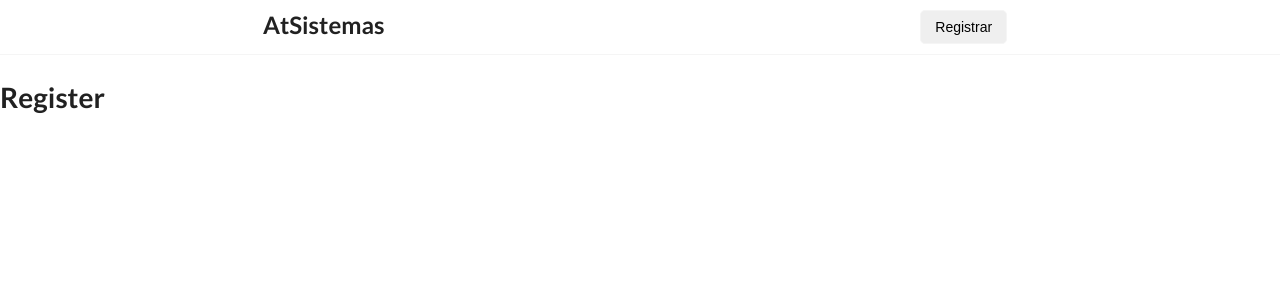
Repository: banchiec/atsistemas
Page: /site/register-site
The author's editor kept a copy of each file at every save. The page is drawn from the files as they stood at one save, then again after the next save.
The browser window is 1280 px wide. The pictures show the whole page.
The project was rebuilt for these pictures with package versions that can differ from the ones it lists, and the page was loaded fresh each time. Also part of the build but not shown: src/components/SiteCard/SiteCard.js, src/redux/actions/sitesActions.js, src/screens/SiteScreen/SiteScreen.js, src/screens/SiteDetailsScreen/SiteDetailsScreen.js.

Above is the page before, as saved 2022-08-16 13:53:20.

### src/index.js
import React from "react";
import ReactDOM from "react-dom";
import App from "./App";
import store from "./redux/store";
import { Provider } from "react-redux";

ReactDOM.render(
  <React.StrictMode>
    <Provider store={store}>
      <App />
    </Provider>
  </React.StrictMode>,
  document.getElementById("root")
);

### src/App.js
import React from "react";
import { BrowserRouter as Router, Switch, Route } from "react-router-dom";
import SiteScreen from "./screens/SiteScreen/SiteScreen";
import SiteDetailsScreen from './screens/SiteDetailsScreen/SiteDetailsScreen'
import Header from "./components/Header/Header";
import "./App.css";
import RegisterSiteScreen from "./screens/RegisterSiteScreen/RegisterSiteScreen";

function App() {
  return (
    <div className="App">
      <Header/>
      <Router>
        <Switch>
          <Route path="/" exact component={SiteScreen} />
          <Route path="/site/register-site" exact component={RegisterSiteScreen} />
          <Route path="/site/:siteId" exact component={SiteDetailsScreen} />
          <Route>404 Not Found!</Route>
        </Switch>
      </Router>
    </div>
  );
}

export default App;

### src/components/Header/Header.js
import {ContainerHeader} from './headerStyled'

const Header = () => {
  function handleClick(){
    console.log("Object");
  }
	return(
    <ContainerHeader>
      <div>
        <h2>AtSistemas</h2>
      </div>
      <div>
        <button onClick={handleClick}>Registrar</button>
      </div>
    </ContainerHeader>
	)
}
export default Header

### src/App.css
* {
  font-family: "Roboto", sans-serif;
  padding: 0;
  margin: 0;
}

.ui.cards > .card > .image {
  height: 250px;
  padding: 20px;
  background: #fff;
  margin: auto;
}
.ui.cards > .card > .image > img {
  height: 100%;
  max-width: 100%;
  width: auto;
}
.ui.cards > .card > .content > .header {
  height: 48px;
  overflow: hidden;
  margin-bottom: 5px;
}
.ui.cards > .card > .content > .list{
  height: 36px;
  margin-bottom: 0px;
  overflow: hidden;
}
.ui.cards > .card .meta.name{
  margin-bottom: 5px;
  font-size: 18px;
  color: #333;
  font-weight: 600;
}

.ui.cards > .card .meta.name> a {
  font-size: 1.3rem;
  color: #222;
}

.ui.menu.fixed {
  height: 60px;
  padding-top: 15px;
}

.ui.grid.container {
  margin-top: 200px;
}

.ui.grid > .row {
  background: #fff;
}
.ui.grid > .row > .column.lp {
  padding: 20px 40px 20px 20px;
  align-self: flex-start !important;
}
.ui.grid > .row > .column.rp {
  padding: 20px 20px 20px 40px;
  text-align: left;
  align-self: flex-start !important;
}

.ui.grid > .row > .column > img,
.ui.grid > .row > img {
  height: 100%;
}
.ui.placeholder .header:not(:first-child):before,
.ui.placeholder .image:not(:first-child):before,
.ui.placeholder .paragraph:not(:first-child):before {
  display: none;
}

.ui.label,
.ui.labels .label {
  font-size: 22px;
}

.column.rp h1 {
  color: #333;
}
.column.rp p {
  font-size: 18px;
  color: #777;
}
.ui.placeholder.segment .column .button,
.ui.placeholder.segment .column .field,
.ui.placeholder.segment .column textarea,
.ui.placeholder.segment .column > .ui.input {
  background-color: #ff3e6c;
  border: 1px solid #ff3e6c;
  color: #fff;
  font-size: 18px;
  margin-left: 0;
}

### src/screens/RegisterSiteScreen/RegisterSiteScreen.js
const RegisterSiteScreen = () => {
	return(
		<h1>Register</h1>
	)
}
export default RegisterSiteScreen

### src/redux/reducers/index.js
import { combineReducers } from "redux";
import { sitesReducer, selectedSiteReducer } from "./sitesReducer";
const reducers = combineReducers({
  allSites: sitesReducer,
  site: selectedSiteReducer,
});
export default reducers;

### src/components/Header/headerStyled.js
import styled from 'styled-components'

const ContainerHeader = styled.div`
	display: flex;
	flex-direction: row;
	border-bottom: 1px solid whitesmoke;
	justify-content: space-around;
	div {
		padding: 10px;
		button{
			border-radius: 5px;
			padding: 8px 14px 8px 14px;
			border: 1px solid whitesmoke;
			margin: 0px 10px 0px 10px;
			:hover {
				background: black ;
				color: white;
				transition: 1s ease-out;
			}
		}
	}
`
export {
	ContainerHeader
}

### src/redux/reducers/sitesReducer.js
import { ActionTypes } from "../constants/action-types";
const intialState = {
  sites: [],
};

export const sitesReducer = (state = intialState, { type, payload }) => {
  switch (type) {
    case ActionTypes.SET_SITES:
      return {
        ...state,
        sites: payload
      };
    default:
      return state;
  }
};

export const selectedSiteReducer = (state = {}, { type, payload }) => {
  switch (type) {
    case ActionTypes.SELECTED_SITE:
      return {
        ...state,
        ...payload
      };
    case ActionTypes.REMOVE_SELECTED_SITE:
      return {};
    default:
      return state;
  }
};

### src/redux/constants/action-types.js
export const ActionTypes = {
  FETCH_SITES: 'FETCH_SITES',
  SET_SITES: "SET_SITES",
  SELECTED_SITE: "SELECTED_SITE",
  REMOVE_SELECTED_SITE: "REMOVE_SELECTED_SITE",
};

### src/screens/RegisterSiteScreen/registerSiteScreenStyled.js
import styled from "styled-components";

export const ContainerRegisterSiteScreen = styled.div`
	border: 1px solid green;
`

Loaded but not shown: public/index.html (common file); src/redux/store.js (common file)

After the next save:
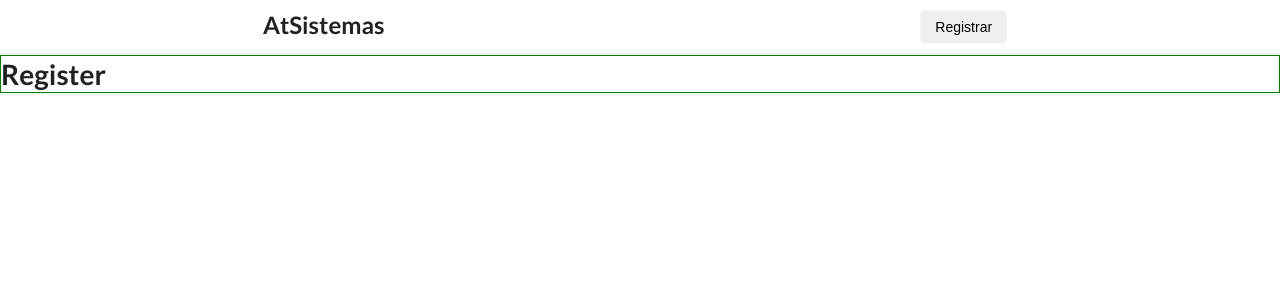
Saved 22 s later.
--- a/src/screens/RegisterSiteScreen/RegisterSiteScreen.js
+++ b/src/screens/RegisterSiteScreen/RegisterSiteScreen.js
@@ -1,6 +1,10 @@
+import { ContainerRegisterSiteScreen } from "./registerSiteScreenStyled"
+
 const RegisterSiteScreen = () => {
 	return(
-		<h1>Register</h1>
+		<ContainerRegisterSiteScreen>
+			<h1>Register</h1>
+		</ContainerRegisterSiteScreen>
 	)
 }
 export default RegisterSiteScreen
